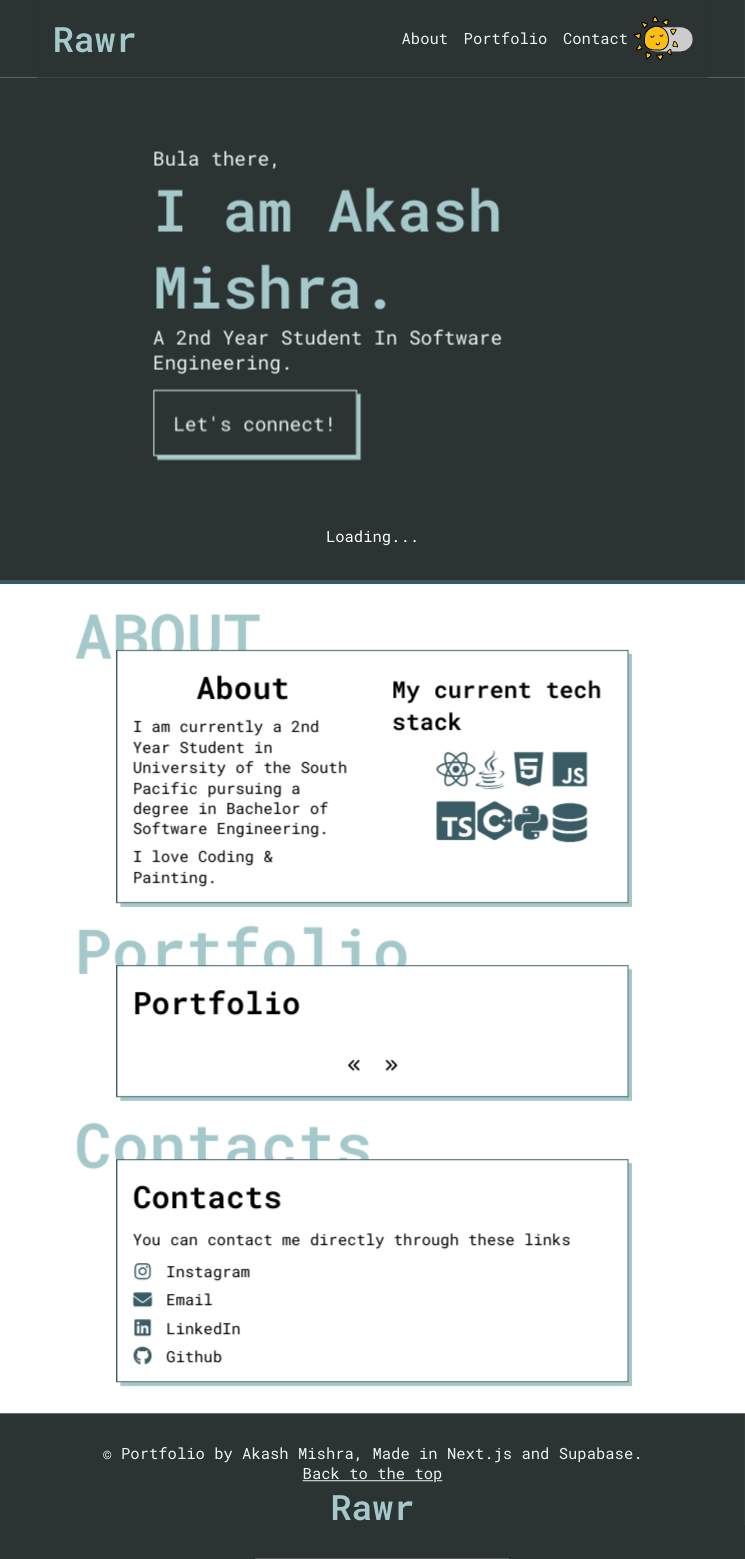
Repository: akashrawr/personal-portfolio
Page: /
These files come from the project's save history. The page is drawn as it stood at one moment and after the next save; the edit follows.
The browser window is 768 px wide. The pictures show the whole page, at 97% of full size.
The page's requests for data from a server got no answer. The project was rebuilt for these pictures with package versions that can differ from the ones it lists, and the page was loaded fresh each time. The framework's server and built-in components were replaced by stand-ins that run in the browser. No one was signed in, and anything a server would have sent is missing. Also part of the build but not shown: next.config.ts.

Above is the page before, as saved 2025-01-03 20:29:11.

### app/layout.tsx
import type { Metadata } from "next";
import { Geist, Geist_Mono } from "next/font/google";
import "./globals.css";

const geistSans = Geist({
  variable: "--font-geist-sans",
  subsets: ["latin"],
});

const geistMono = Geist_Mono({
  variable: "--font-geist-mono",
  subsets: ["latin"],
});

export const metadata: Metadata = {
  title: "akashrawr",
  description: "Personal Portfolio",
};

export default function RootLayout({
  children,
}: Readonly<{
  children: React.ReactNode;
}>) {
  return (
    <html lang="en" translate="no"> {/* Prevent translation of the entire page */}
      <head>
        <meta charSet="UTF-8" />
        <meta httpEquiv="Content-Language" content="en" /> {/* Explicitly set content language */}
        <meta name="google" content="notranslate" /> {/* Inform Google to not translate */}
        <link rel="icon" href="/rawr.ico" type="image/x-icon" />
        <title>akashrawr</title>
        <meta name="description" content="My Personal Portfolio" />
      </head>
      <body className={`${geistSans.variable} ${geistMono.variable} antialiased`}>
        <div className="notranslate">
          {children}
        </div>
      </body>
    </html>
  );
}

### app/page.tsx
"use client"; // Enables client-side functionality
import React, { useState, useEffect } from "react";
import AOS from "aos";
import "aos/dist/aos.css";
import "./globals.css"; // Import global styles

// Import components
import Header from "./components/Header";
import Hero from "./components/Hero";
import About from "./components/About";
import Portfolio from "./components/Portfolio";
import Contact from "./components/Contact";
import Footer from "./components/Footer";

const Page: React.FC = () => {
  useEffect(() => {
    AOS.init({ once: true, delay: 0 });
  }, []);

  const [isNavVisible, setIsNavVisible] = useState(false);
  const [darkMode, setDarkMode] = useState(false);

  const toggleNav = () => {
    setIsNavVisible(!isNavVisible);
  };

  const toggleDarkMode = () => {
    setDarkMode(!darkMode);
    document.body.classList.toggle("dark-mode", !darkMode);
  };

  return (
    <div>
      <Header
        isNavVisible={isNavVisible}
        toggleNav={toggleNav}
        darkMode={darkMode}
        toggleDarkMode={toggleDarkMode}
      />
      <main>
        <Hero />
        <About />
        <Portfolio />
        <Contact />
      </main>
      <Footer />
    </div>
  );
};

export default Page;

### app/globals.css
@import url("https://fonts.googleapis.com/css2?family=Roboto+Mono:wght@300;400;600&display=swap");

:root {
  --primary-color: #2c3333;
  --secondary-color: #395b64;
  --accent-1: #a5c9ca;
  --accent-2: #e7f6f2;
  --neutral-1: black;
  --neutral-2: white;
  --neutral-3: white;
  --neutral-4: black;
  --icon-1: #395b64;

  --dark-primary-color: #121212;
  --dark-secondary-color: #1f1f1f;
  --dark-accent-1: #6c757d;
  --dark-accent-2: #adb5bd;
  --dark-neutral-1: #ffffff;
  --dark-neutral-2: #121212;
  --dark-neutral-3:#1f1f1f;
  --dark-neutral-4: #938f8f;
  --dark-icon-1: #938f8f;

}

*,
*::after,
*::before {
  margin: 0;
  padding: 0;
  font-family: "Roboto Mono", monospace;
  box-sizing: border-box;


}

html {
  scroll-behavior: smooth;
}

body {
  overflow-x: hidden;
  background-color: var(--neutral-3);
  color: var(--neutral-1);
  font-family: "Roboto Mono", monospace;
}

body.dark-mode {
  --primary-color: var(--dark-primary-color);
  --secondary-color: var(--dark-secondary-color);
  --accent-1: var(--dark-accent-1);
  --accent-2: var(--dark-accent-2);
  --neutral-1: var(--dark-neutral-1);
  --neutral-2: var(--dark-neutral-2);
  --neutral-3: var(--dark-neutral-3);
  --neutral-4: var(--dark-neutral-4);
  --icon-1:var(--dark-icon-1);
}


/* Navbar styles */

header {
  display: flex;
  align-items: center;
  justify-content: center;

  max-width: 100vw;
  background-color: var(--primary-color);
}

a {
  font-size: 14px;
  text-decoration: none;
}

h1 {
  font-family: "Roboto Mono", monospace;
}

.navbar-nav {
  display: flex;
  align-items: center;
  justify-content: space-between;
  background-color: var(--primary-color);
  padding: 1rem;
  width: 90%;
}

.nav-logo {
  grid-column: 1;
}

.nav-logo > h1 {
  font-size: 30px;
  color: var(--accent-1);
}

.primary-nav {
  display: flex;
  list-style: none;
  gap: 16px;

  grid-column: 2;
  justify-self: end;
}

.mobile-nav-toggle {
  display: none;
  cursor: pointer;
}

.nav-link:link,
.nav-link:visited {
  font-size: 16px;
  color: var(--accent-2);

  transition: 300ms ease-in-out;
}

.nav-link:hover {
  font-weight: 600;
  color: var(--accent-1);
}

.user-icon {
  width: 24px;
  height: 24px;
  fill: var(--accent-1);
  transition: fill 0.3s ease;
}

.user-icon:hover {
  fill: var(--accent-1);
}

/* Dark mode toggle button */
.theme-toggle {
  background: none;
  border: none;
  cursor: pointer;
  padding: 8px;
  display: flex;
  align-items: center;
}

.nav-icons {
  --size: 30px;
  width: var(--size);
  aspect-ratio: 1;
  cursor: pointer;
}



@media only screen and (max-width: 35em) {
  .primary-nav {
    position: fixed;
    top: 0;
    right: 0;
    bottom: 0;
    width: 125px;

    flex-direction: column;
    padding: min(15vh, 3rem) 1rem;
    background-color: var(--primary-color);
    border-left: 2px solid rgb(111, 111, 111); /* Add this line for the left border */

    z-index: 9999;

    transform: translateX(100%);
    transition: transform 350ms ease-out;
  }


  .nav-link:link,
  .nav-link:visited {
    font-size: 15px;
    color: var(--accent-1);
  }

  .primary-nav[data-visible="true"] {
    transform: translateX(0%);
  }

  .mobile-nav-toggle[aria-expanded="true"] {
    background: url('data:[embedded picture, 416 characters]') center center no-repeat;
  }

  .mobile-nav-toggle {
    display: block;
    position: absolute;
    background: url('data:[embedded picture, 417 characters]') center center no-repeat;

    width: 1.25rem;
    aspect-ratio: 1;

    border: none;

    top: 1.4rem;
    right: 2.5rem;
    z-index: 10000;

    transition: 250ms ease-in-out;
  }
}

/* Section styles */

section {
  display: flex;
  align-items: center;
  justify-content: center;

  max-width: 100vw;
  position: relative;
}

/* HERO SECTION */
#hero {
  background-color: var(--primary-color);
  border-bottom: 4px solid var(--icon-1);
  padding: 2.2rem;
}

/* Main container for text and image */
.hero-main-container {
  display: flex;
  flex-wrap: wrap;
  align-items: center;
  justify-content: space-between;
  gap: 16px;
}

/* Text Container */
.hero-container {
  flex: 1;
  display: flex;
  flex-direction: column;
  gap: 16px;
  padding: 2.2rem;
  width: 90%;
  height: 350px;
  animation: fade-in 500ms linear forwards;
}

.hero-text-container > h2 {
  font-size: 28px;
  color: var(--accent-1);
}

.hero-text-container > p {
  font-size: 12px;
  color: var(--accent-2);
}

.hero-button {
  align-self: flex-start;

  font-size: 14px;
  padding: 1em;

  color: var(--accent-2);
  background-color: transparent;

  border: 1px solid var(--accent-2);
  box-shadow: 4px 4px 0px var(--accent-1);

  transition: 300ms ease-in-out;
}

.hero-button:hover {
  background-color: var(--accent-2);
  color: var(--primary-color);
  box-shadow: 6px 6px 0px var(--secondary-color);
}

/* Image Container */
.hero-img {
  flex: 1;
  display: flex;
  justify-content: center;
  align-items: center;
}

.hero-image {
  max-width: 50%;
  height: auto;
  border-radius: 10px;
  box-shadow: 0 4px 8px rgba(0, 0, 0, 0.1);
  border: 1px solid var(--secondary-color);
  background-color: var(--neutral-2);
  box-shadow: 4px 4px 0px var(--accent-1);
}

.hero-img p{
color:white;
}


/* Responsive Styles */
@media screen and (max-width: 768px) {
  .hero-main-container {
    flex-direction: column;
  }
  .hero-img {
    margin-top: 20px;
  }
  .hero-container, .hero-image {
    max-width: 75%;
    height: auto;
  }
  .hero-text-container {
    text-align: left;
  }


}
.hero-text-container > h2 {
  font-size: 30px;
  color: var(--accent-1);
}
.hero-text-container > p {
  font-size: 16px;
}
.project-card > h3 {
  font-size: 12px;
  color: var(--secondary-color);
}

/* ABOUT */

#about {
  padding: 2rem;
  margin-top: 36px;
  animation: fade-in 500ms linear forwards;

}

.wave-asset {
  width: 100%;
  position: absolute;

  top: 0;
  left: 0;
}

.about-container {
  display: flex;
  align-items: center;
  justify-content: center;
  background-color: var(--neutral-2);
  width: 90%;
  z-index: 999;
}

.about-card,
.portfolio-card,
.contact-card {
  display: flex;
  flex-direction: column;
  gap: 16px;
  border: 1px solid var(--secondary-color);
  background-color: var(--neutral-2);

  width: 100%;
  padding: 1rem;

  box-shadow: 4px 4px 0px var(--accent-1);
}

.about-content,
.portfolio-content {
  width: 100%;
  display: flex;
  flex-direction: column;
  gap: 8px;
}

.about-content > h2,
.about-content > h3 {
  color: var(--neutral-4);
}

.about-content > p {
  font-size: 12px;
  color: var(--neutral-4);
}

.tech-stack-grid {
  width: 65%;
  display: grid;
  grid-template-columns: repeat(4, 1fr);
  place-items: center;
}

.tech-stack {
  --size: 30px;
  width: var(--size);
  aspect-ratio: 1;
}

/* Portfolio container */

#portfolio {
  padding: 2rem;
  animation: fade-in 500ms linear forwards;
}

.portfolio-container {
  width: 90%;
  z-index: 999;
}

.project-container {
  display: grid;
  grid-template-columns: repeat(2, 1fr);
  gap: 16px;
}

.portfolio-content > h2 {
  color: var(--neutral-4);
}

.project-card {
  display: flex;
  flex-direction: column;
  gap: 4px;

  padding: 1rem;
  border-radius: 8px;
  border: 1px solid var(--accent-1);
}

.project-card > h3 {
  color: var(--neutral-4);
}

.project-card > h5 {
  color: var(--neutral-4);
  opacity: 0.5;
}

.project-card > p {
  font-size: 12px;
  width: 100%;
  display: -webkit-box;
  -webkit-box-orient: vertical;
  -webkit-line-clamp: 3;
  overflow: hidden;
  color: var(--neutral-4);
}

.project-img {
  width: 100%;
  aspect-ratio: 16/9;
}

.project-card-links {
  align-self: flex-end;

  margin-top: 10px;
  display: flex;
  align-items: center;
  gap: 12px;
}

.project-icons {
  --size: 20px;
  width: var(--size);
  aspect-ratio: 1;
}

.project-card-links > a {
  display: flex;
  align-items: center;
  color: var(--neutral-4);
  font-size: 10px;
  gap: 4px;
}

.project-card-links > a:link,
.project-card-links > a:visited {

  color: var(--neutral-4);
}

.project-card-links > a:hover {
  font-weight: 600;
  color: var(--accent-1);
}

/* CONTACT */
#contact {
  padding: 2rem;
  animation: fade-in 500ms linear forwards;
}

.contact-container {
  width: 90%;
  z-index: 999;
}

.contact-card {
  width: 100%;
  gap: 12px;
}
.contact-card > h2 {
    color: var(--neutral-4);
}

.contact-card > p {
  font-size: 12px;
  color: var(--neutral-4);
}

.contact-links {
  display: flex;
  flex-direction: column;
  gap: 8px;
}

.contact-links > a {
  display: flex;
  align-items: center;
  gap: 8px;
}

.contact-links > a:link,
.contact-links > a:visited {
  color: var(--neutral-4);
}

.contact-links > a:hover {
  font-weight: 600;
  color: var(--accent-1);
}
.contact-icons {
  --size: 20px;
  width: var(--size);
  aspect-ratio: 1;
}

/* extras */
.section-highlight {
  font-size: 4rem;
  font-weight: 600;
  opacity: 0.5;
  color: var(--accent-1);

  position: absolute;
  top: 0;
  left: 100px;
}

/* footer */
footer {
  display: flex;
  align-items: center;
  justify-content: center;
  color: var(--accent-2);
  max-width: 100vw;
  background-color: var(--primary-color);
  min-height: 150px;
}

.footer-content {
  text-align: center;
  font-size: 12px;
  width: 90%;

  color: var(--accent-2);
}

.footer-content > p {
  text-decoration: underline;
}

.footer-content > a {
  text-decoration: underline;
}

.footer-content > a:link,
.footer-content > a:visited {
  color: var(--accent-2);
}

.footer-content > a:hover {
  color: var(--accent-1);
}
/* media queries */

@media only screen and (max-width: 35em) {
  .hero-container {
    padding: 1rem;
    height: 200px;
  }
  .project-container {
    grid-template-columns: 1fr;
  }
  .tech-stack-grid {
    width: 100%;
  }
  .section-highlight {
    font-size: 3.5rem;
    top: -16px;
    left: 6vw;
  }
}

@media only screen and (min-width: 35em) {
  .hero-container {
    height: 250px;
  }
  .about-container,
  .portfolio-container,
  .contact-container {
    width: 75%;
  }

  .about-card,
  .portfolio-card {
    align-items: center;
    justify-content: center;
    flex-direction: row;
    gap: 20px;
  }

  .section-highlight {
    top: -26px;
    left: 10vw;
  }
}

@media only screen and (min-width: 768px) {
  .nav-logo > h1 {
    font-size: 36px;
  }

  /* hero */
  .hero-container {
    height: 350px;
  }

  .hero-text-container > p {
    font-size: 20px;
  }

  .hero-text-container > h2 {
    font-size: 60px;
  }

  .hero-button {
    font-size: 20px;
  }

  /* about */
  .about-card {
    gap: 40px;
  }

  .about-content > h2 {
    font-size: 32px;
  }

  .about-content > h3 {
    font-size: 24px;
  }

  .about-content > p {
    font-size: 16px;
  }

  .tech-stack-section {
    align-self: flex-start;
    margin-top: 8px;
  }

  .tech-stack {
    --size: 40px;
    width: var(--size);
    aspect-ratio: 1;
  }

  /* portfolio */
  .portfolio-content > h2 {
    font-size: 32px;
  }

  .project-card > h3 {
    font-size: 24px;
  }

  .project-card > h5,
  .project-card > p {
    font-size: 16px;
  }

  .project-card-links > a {
    font-size: 16px;
  }

  /* contacts */
  .contact-card > h2 {
    font-size: 32px;
  }

  .contact-card > p {
    font-size: 16px;
  }

  .contact-links > a {
    font-size: 16px;
  }
  .footer-content,
  .footer-content > a {
    font-size: 16px;
  }
}

@media only screen and (min-width: 1024px) {
  .section-highlight {
    top: -26px;
    left: 10vw;
  }
}

@keyframes fade-in {
  0% {
    opacity: 0;
  }
  100% {
    opacity: 1;
  }
}

/* Adjust specific sections as needed for React-specific behaviors */
.primary-nav.visible {
  transform: translateX(0%);
}

/* The switch - the box around the slider */
.switch {
  position: relative;
  display: inline-block;
  width: 50px;
  height: 25px;
}

/* Hide default HTML checkbox */
.switch input {
  opacity: 0;
  width: 0;
  height: 0;
}

/* The slider */
.slider {
  position: absolute;
  cursor: pointer;
  top: 0;
  left: 0;
  right: 0;
  bottom: 0;
  background-color: #ccc;
  -webkit-transition: .4s;
  transition: .4s;
  border-radius: 25px; /* Rounded edges for the slider */
  display: flex;

  align-items: center;
}

/* Adjust the icon size to 48x48 pixels */
.slider .icon {
  position: absolute;
  width: 48px;
  height: 48px;
  transition: .4s;
}

/* When the input is checked (dark mode is on) */
input:checked + .slider {
  background-color: #3e4346; /* Change background color on check */
}

input:focus + .slider {
  box-shadow: 0 0 1px #2196F3;
}

/* Move the icons when the input is checked (dark mode) */
input:checked + .slider .icon {
  transform: translateX(20px); /* Move the icon to the right */
}

/* Default state (light mode) */
input:not(:checked) + .slider .icon {
  transform: translateX(-15px) translateY(-2px); /* Icon remains in the default position */
  width: 52px; /* Further reduced icon size for very small screens */
  height: 52px; /* Further reduced icon size for very small screens */
}

.about-icon {
  color: var(--icon-1); /* Change to any shade of blue you prefer */
  font-size: 3rem; /* Adjust size as needed */
  margin: 0.5rem;
}

.project-icons {
  margin-right: 0.5rem; /* Space between icon and text */
  font-size: 1.5rem; /* Adjust icon size */
  color: inherit; /* Match the color of the link */
}

.contact-icons {
  margin-right: 0.5rem; /* Space between icon and text */
  font-size: 1.5rem; /* Adjust icon size */
  color: var(--icon-1);
}

/* Responsive Adjustments */
@media (max-width: 768px) {
  .about-icon {
    font-size: 2.5rem; /* Slightly smaller on smaller devices */
    margin: 0.4rem;
  }

  .project-icons {
    font-size: 1.2rem; /* Smaller icon size on smaller screens */
    margin-right: 0.4rem;
  }

  .contact-icons {
    font-size: 1.2rem; /* Smaller icon size on smaller screens */
    margin-right: 0.4rem;
  }
}

@media (max-width: 480px) {
  .about-icon {
    font-size: 2rem; /* Even smaller on very small devices */
    margin: 0.3rem;
  }

  .project-icons {
    font-size: 1rem; /* Further reduced icon size for very small screens */
    margin-right: 0.3rem;
  }

  .contact-icons {
    font-size: 1rem; /* Further reduced icon size for very small screens */
    margin-right: 0.3rem;
  }
}

.pagination {
  display: flex;
  justify-content: center;
  align-items: center;
  margin-top: 1rem;
}

.pagination a {
  color: var(--neutral-4);
  padding: 8px 16px;
  text-decoration: none;
}

.pagination a.active {
  background-color: #395b64;
  color: white;
}

.pagination a:disabled {
  color: grey;
  pointer-events: none;
}

/* Responsive Adjustments */
@media (max-width: 768px) {
  .pagination a {
    padding: 6px 12px; /* Smaller padding for smaller screens */
    font-size: 0.9rem; /* Slightly smaller font size */
  }

  .pagination {
    margin-top: 0.75rem; /* Adjust margin top for smaller screens */
  }
}

@media (max-width: 480px) {
  .pagination a {
    padding: 4px 8px; /* Even smaller padding for very small screens */
    font-size: 0.8rem; /* Smaller font size for very small screens */
  }

  .pagination {
    margin-top: 0.5rem; /* Adjust margin top for very small screens */
  }
}

### app/components/Hero.tsx
import React, { useEffect, useState } from 'react';
import supabase from '../utils/supabaseClient';  // Adjust path if in 'utils'
import Image from 'next/image';  // Import Image from next/image

function Hero() {
  const [heroImage, setHeroImage] = useState<string | null>(null);

  useEffect(() => {
    const fetchHeroImage = async () => {
      const { data, error } = await supabase
        .from('hero')  // Table name is 'hero'
        .select('image_path')        // Only selecting 'image_path' column
        .limit(1);                   // Limiting to only one result (first row)

      if (error) {
        console.error('Error fetching hero image:', error);
      } else {
        setHeroImage(data?.[0]?.image_path || null);
      }
    };

    fetchHeroImage();
  }, [supabase]); // Including 'supabase' as a dependency

  return (
    <section id="hero">
      <div className="hero-main-container">
        {/* Text and Button Container */}
        <div className="hero-container">
          <div className="hero-text-container" data-aos="fade-up">
            <p>Bula there,</p>
            <h2>I am Akash Mishra.</h2>
            <p>A 2nd Year Student In Software Engineering.</p>
          </div>
          <a href="#contact" className="hero-button" data-aos="fade-up">
            Let&apos;s connect!
          </a>
        </div>

        {/* Image Container */}
        <div className="hero-img" data-aos="fade-up">
          {heroImage ? (
            <Image
              className="hero-image"
              src={heroImage}
              alt="Akash"
              layout="responsive"
              width={500}
              height={500}
            />
          ) : (
            <p>Loading...</p>
          )}
        </div>
      </div>
    </section>
  );
}

export default Hero;

### app/components/Contact.tsx
import React from "react";
import { FontAwesomeIcon } from "@fortawesome/react-fontawesome";
import { faInstagram, faGithub, faLinkedin } from "@fortawesome/free-brands-svg-icons";
import { faEnvelope } from "@fortawesome/free-solid-svg-icons";

const Contact: React.FC = () => {
  return (
    <section id="contact">
      <h2 className="section-highlight" data-aos="fade-up">
        Contacts
      </h2>
      <div className="contact-container" data-aos="fade-up">
        <div className="contact-card">
          <h2>Contacts</h2>
          <p>You can contact me directly through these links</p>

          <div className="contact-links">
            <a href="https://www.instagram.com/_acnologxa" className="contact-link">
              <FontAwesomeIcon icon={faInstagram} className="contact-icons" />
              Instagram
            </a>

            <a href="mailto:akashkm553@gmail.com" className="contact-link">
              <FontAwesomeIcon icon={faEnvelope} className="contact-icons" />
              Email
            </a>

            <a href="https://www.linkedin.com/in/akashmishra-rawr" className="contact-link">
              <FontAwesomeIcon icon={faLinkedin} className="contact-icons" />
              LinkedIn
            </a>

            <a href="https://github.com/akashrawr" className="contact-link">
              <FontAwesomeIcon icon={faGithub} className="contact-icons" />
              Github
            </a>
          </div>
        </div>
      </div>
    </section>
  );
};

export default Contact;

### app/components/Footer.tsx
import React from 'react';

const Footer: React.FC = () => {
  return (
    <footer>
      <div className="footer-content">
        © Portfolio by Akash Mishra, Made in Next.js and Supabase. <br />
        <a href="#hero">Back to the top</a>
        <div className="nav-logo">
          <h1>Rawr</h1>
        </div>
      </div>
    </footer>
  );
};

export default Footer;

### app/utils/supabaseClient.ts
import { createClient } from '@supabase/supabase-js';

// Fetch environment variables
const supabaseUrl = process.env.NEXT_PUBLIC_SUPABASE_URL || '';
const supabaseKey = process.env.NEXT_PUBLIC_SUPABASE_KEY || '';

// Initialize the Supabase client
const supabase = createClient(supabaseUrl, supabaseKey);

export default supabase;

Loaded but not shown: app/components/Header.tsx (89 lines, source omitted); app/components/Portfolio.tsx (139 lines, source omitted); app/components/About.tsx (59 lines, source omitted)

After the next save:
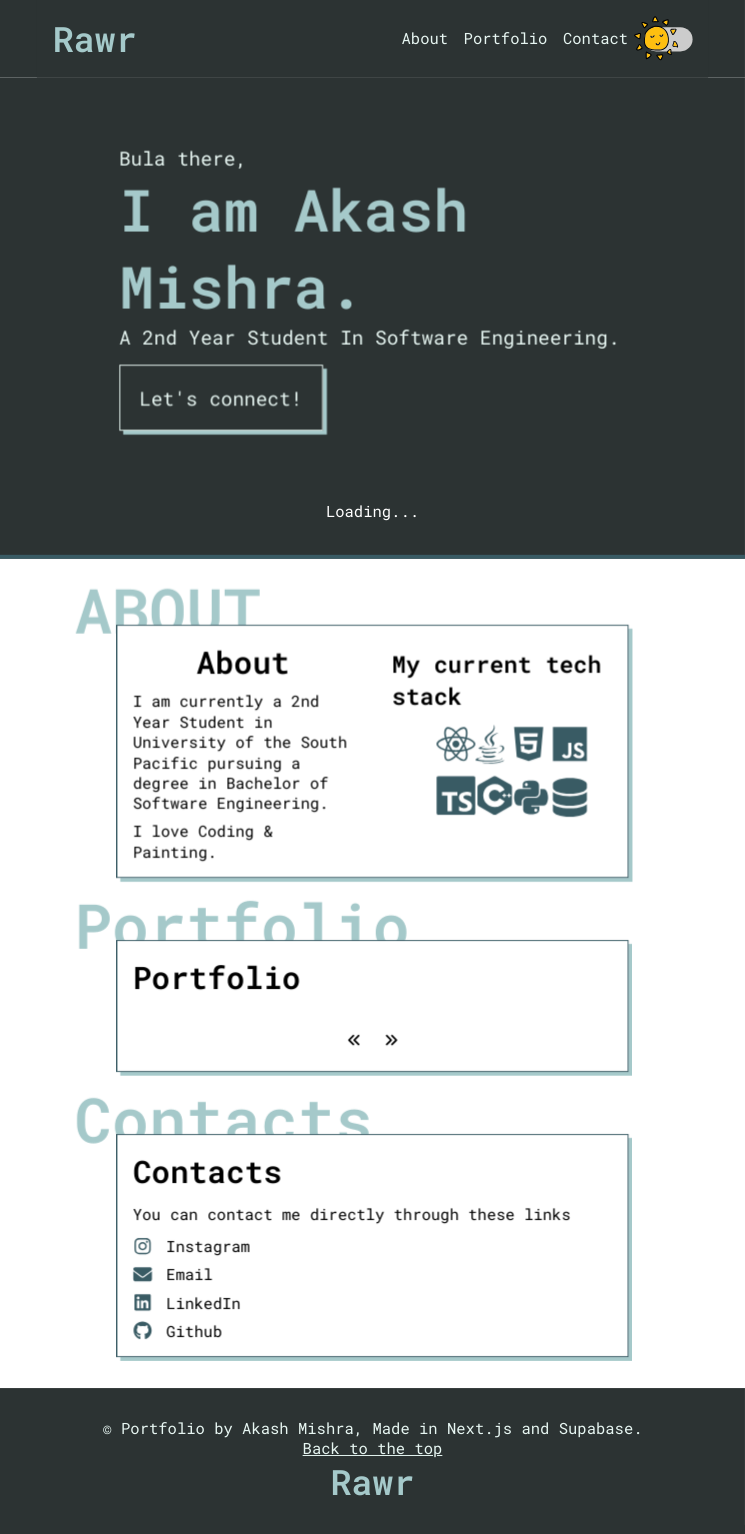
Saved 92 s later.
--- a/app/globals.css
+++ b/app/globals.css
@@ -308,6 +308,10 @@ color:white;
   }
   .hero-container, .hero-image {
     max-width: 75%;
+    height: auto;
+  }
+  .hero-container{
+    max-width: 85%;
     height: auto;
   }
   .hero-text-container {
